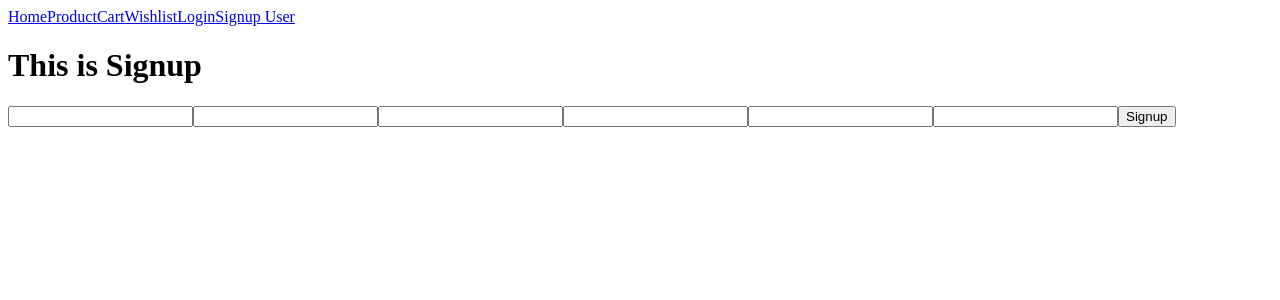
Repository: Irfan-vit/shoecase
Page: /signup
These files come from the project's save history. The page is drawn as it stood at one moment and after the next save; the edit follows.
The browser window is 1280 px wide. The pictures show the whole page.
The page's requests for data from a server got no answer. The project was rebuilt for these pictures with package versions that can differ from the ones it lists, and the page was loaded fresh each time. No one was signed in, and anything a server would have sent is missing. Also part of the build but not shown: src/pages/home/HomePage.jsx, src/pages/Product/ProductPage.jsx, src/pages/cart/CartPage.jsx, src/pages/wishlist/WishlistPage.jsx, src/pages/Login/LoginPage.jsx, src/pages/user/User.jsx, src/components/RequiresAuth.jsx.

Above is the page before, as saved 2023-05-19 19:43:20.

After the next save:
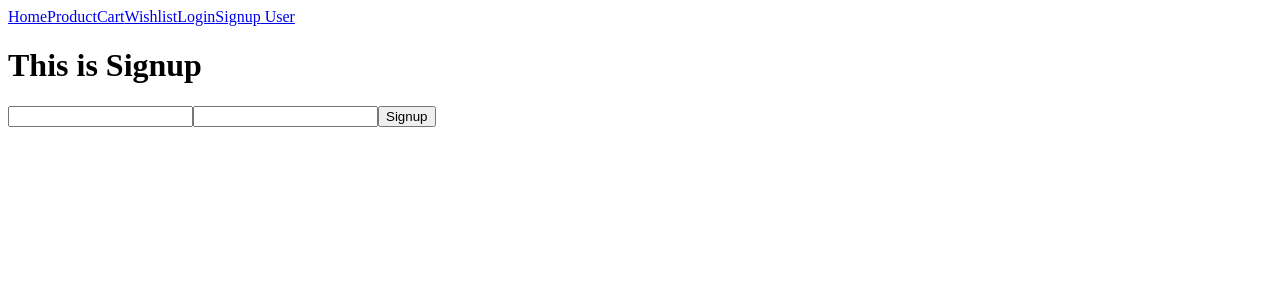
Saved 15 s later.
--- a/src/pages/Signup/SignupPage.jsx
+++ b/src/pages/Signup/SignupPage.jsx
@@ -28,18 +28,6 @@ const Signup = () => {
         <label htmlFor="password">
           <input type="text" name="password" />
         </label>
-        <label htmlFor="building">
-          <input type="text" name="building" />
-        </label>
-        <label htmlFor="area">
-          <input type="text" name="area" />
-        </label>
-        <label htmlFor="city">
-          <input type="text" name="city" />
-        </label>
-        <label htmlFor="pin">
-          <input type="number" name="pin" />
-        </label>
         <button>Signup</button>
       </form>
     </>
